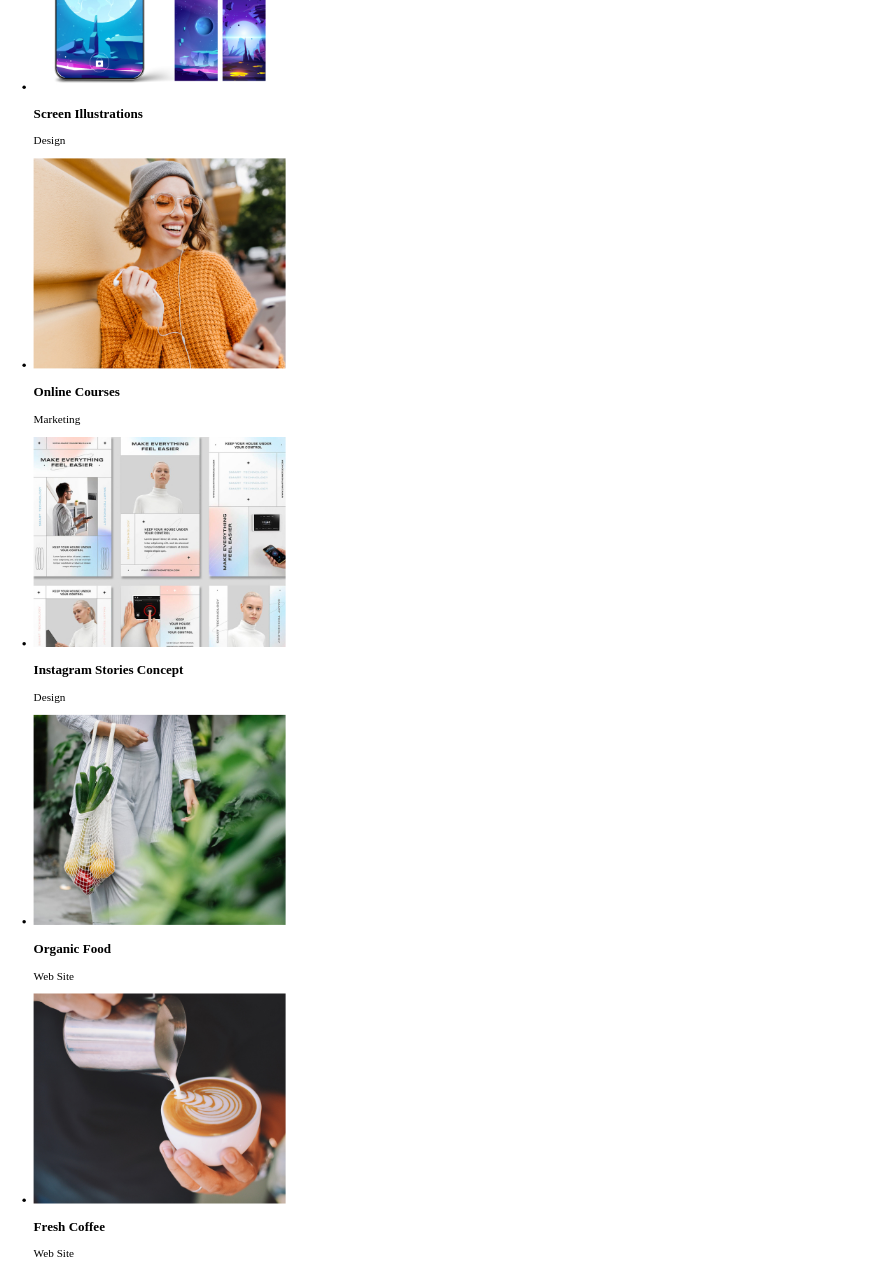
Repository: jandiman/goit-markup-hw-02
Page: portfolio.html
An editor plug-in stored every save of this project. The page is shown before and after the next save, followed by the edit.
The browser window is 1280 px wide. The pictures show the part of the page from y = 2046 to 3966 px (the page is 3862 px tall before and 3966 px after), at 70% of full size.

Above is the page before, as saved 2023-06-30 23:25:44.

After the next save:
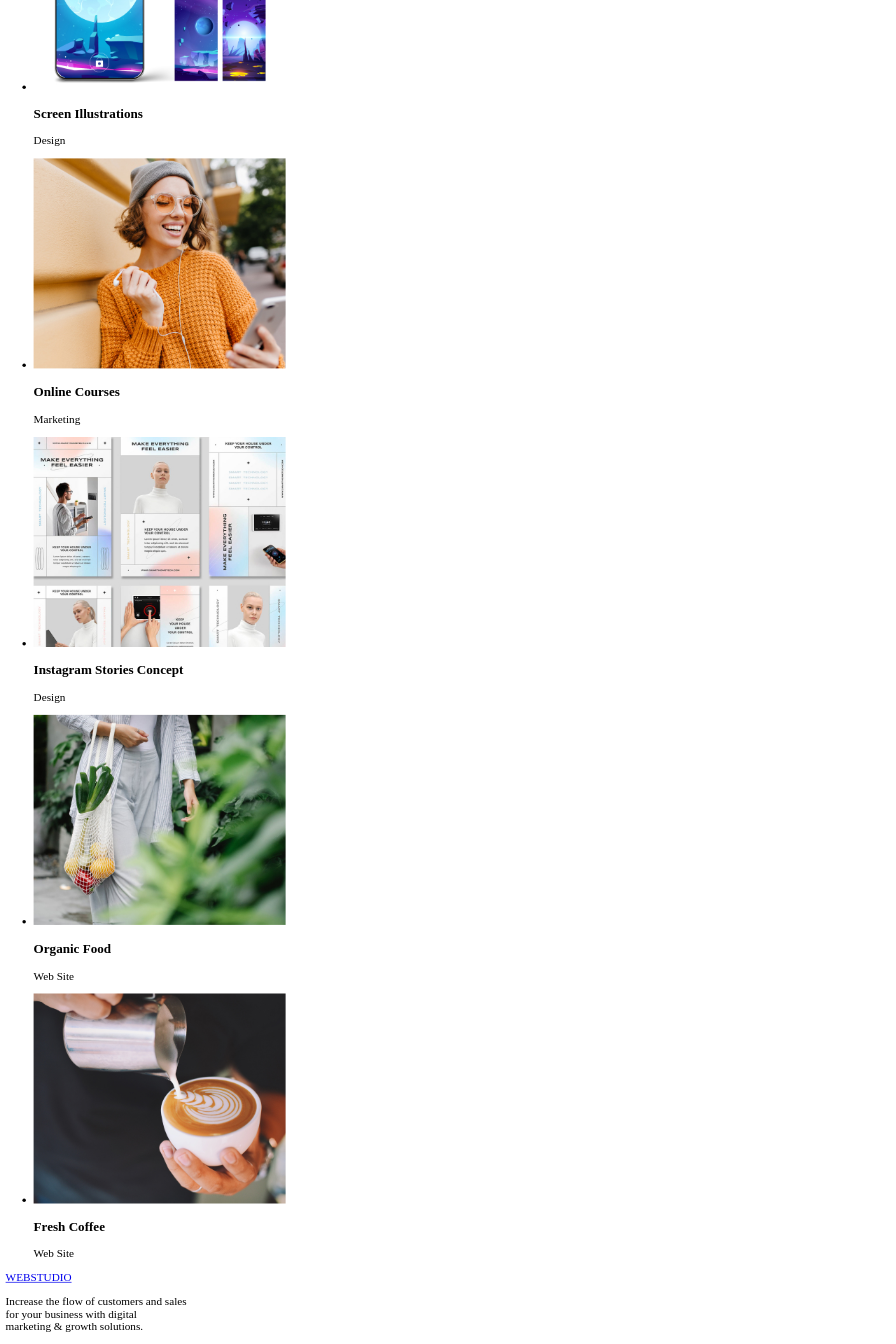
Saved 32 s later.
--- a/portfolio.html
+++ b/portfolio.html
@@ -136,5 +136,14 @@
         </ul>
       </section>
     </main>
+
+    <!--Footer-->
+    <footer>
+      <a href="./index.html">WEBSTUDIO</a>
+      <p>
+        Increase the flow of customers and sales <br />for your business with
+        digital <br />marketing & growth solutions.
+      </p>
+    </footer>
   </body>
 </html>
